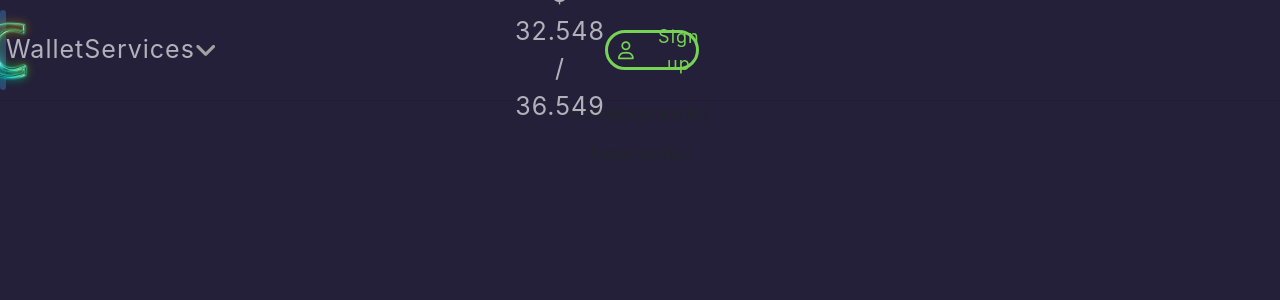
Repository: YuriyBen/Corzbank
Page: / (app in Corzbank.Web/ClientApp/)
These files come from the project's save history. The page is drawn as it stood at one moment and after a run of saves; the edit follows.
The browser window is 1280 px wide. The pictures show the whole page.
Some web libraries are served in a nearby version. The project was rebuilt for these pictures with package versions that can differ from the ones it lists, and the page was loaded fresh each time. Also part of the build but not shown: Corzbank.Web/ClientApp/angular.json.

Above is the page before, as saved 2022-05-19 22:32:08.

After the next 2 saves:
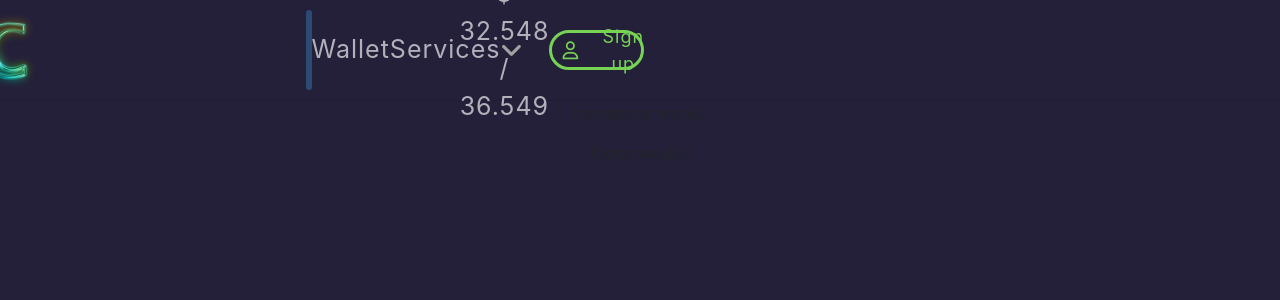
The 2 saves are shown as one change because they came seconds apart.
The last was saved 13 s later.
--- a/Corzbank.Web/ClientApp/src/app/header/header.component.scss
+++ b/Corzbank.Web/ClientApp/src/app/header/header.component.scss
@@ -5,17 +5,12 @@
 }
 .navbar{
     // background-color: green;
-    height: 100px;
     display: flex;
-    justify-content: space-between;
-    align-items: center;
-    font-size: 25px;
-    letter-spacing: 1px;
+    justify-content: center;
 }
 .navbar-block{
     height: 100px;
     display: flex;
-    justify-content: space-between;
     align-items: center;
     font-size: 25px;
     letter-spacing: 1px;
